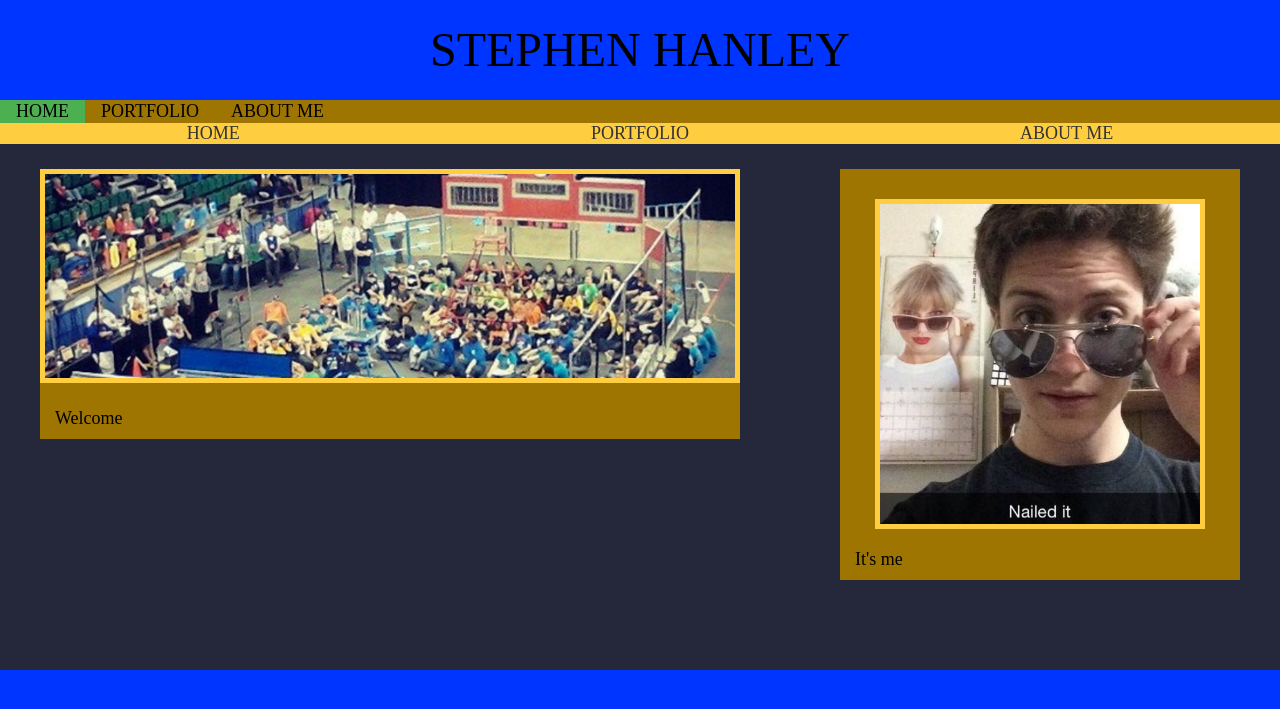
Repository: sjhanley/Portfolio-Website
Page: sjhanley_portfolio.html
The author's editor kept a record of every edit. The page is drawn from the files as they stood at one moment, then again after the next edit.
The browser window is 1280 px wide. The pictures show the whole page.

Above is the page before.
Console error (its wording comes from the project's code and is left out).

After the next edit:
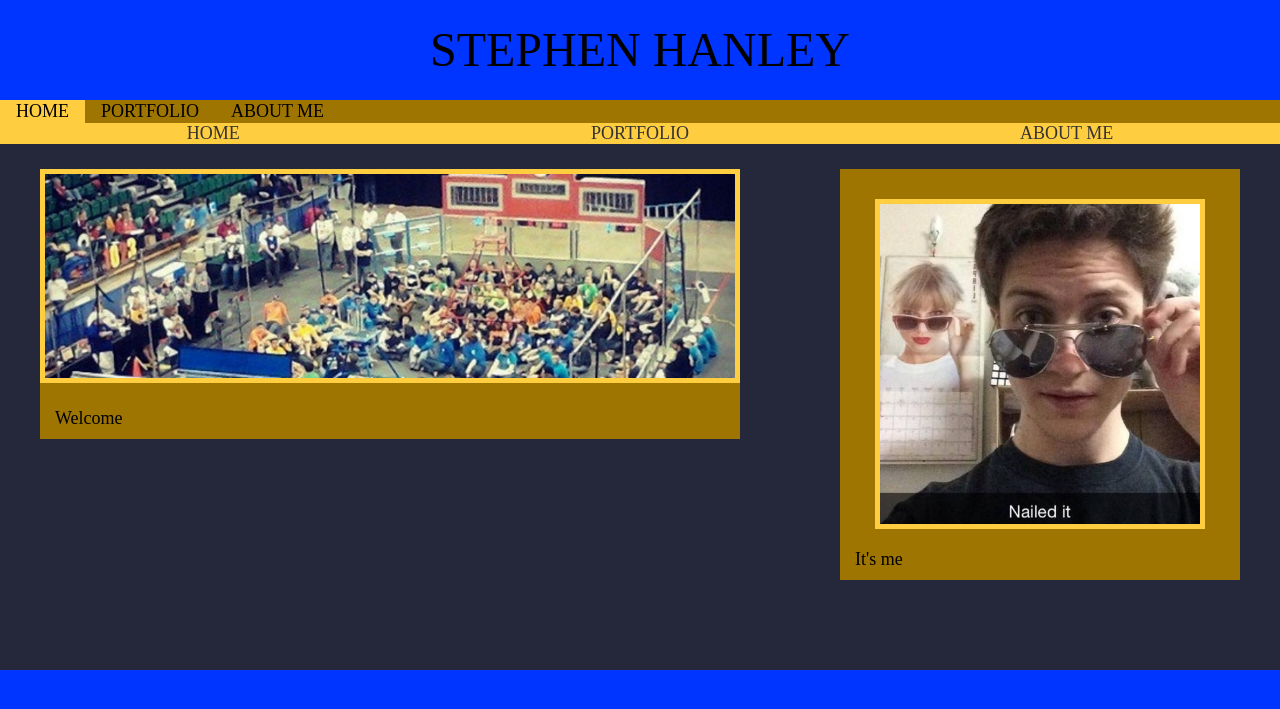
The edit:
--- a/sjhanley_portfolio.html
+++ b/sjhanley_portfolio.html
@@ -82,7 +82,7 @@
 }
 
 .active {
-    background-color: #4CAF50;
+    background-color: #FFCD40;
 }
 
   </style>
